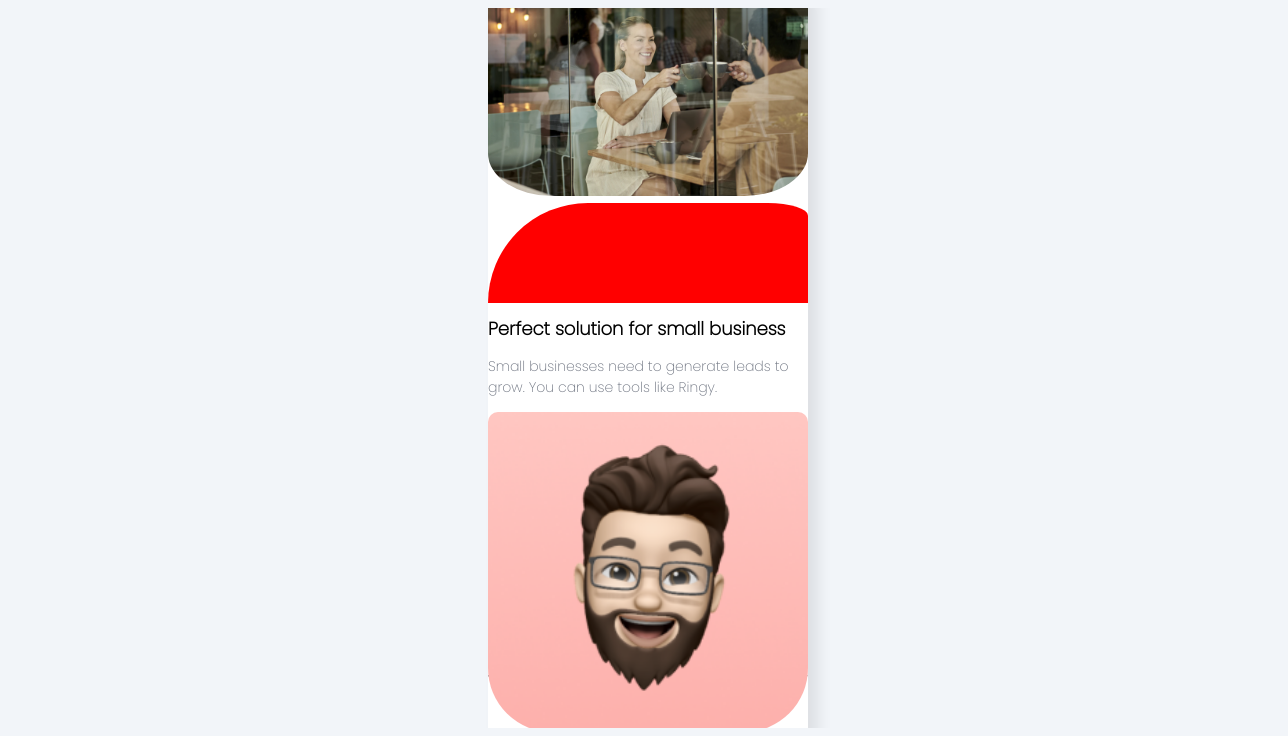
Repository: massndongo/business-blog-card
Page: index.html
The author's editor kept a copy of each file at every save. The page is drawn from the files as they stood at one save, then again after a run of saves.
The browser window is 1280 px wide. The page is 1288 px wide, so the pictures cover 1288 px, including what lies to the right of the window. The pictures show the whole page.

Above is the page before, as saved 2023-11-08 03:39:00.

### index.html
<!DOCTYPE html>
<html lang="en">
<head>
    <meta charset="UTF-8">
    <meta name="viewport" content="width=device-width, initial-scale=1.0">
    <link rel="stylesheet" href="css/styles.css">
    <title>Responsive Web Developer Starter - devchallenges.io</title>
    <link rel="icon" href="images/favicon.ico" type="image/x-icon" sizes="any">
</head>
<body>
    <div class="card">
        <div>
            <img id="imgBu" src="images/hero-image-business-card.png" alt="" srcset="">
            <div class="wavy"></div>
        </div>
        <h1 class="title">Perfect solution for small business</h1>
        <p class="corps">Small businesses need to generate leads to grow. You can use tools like Ringy.</p>
        <hr>
        <div class="small">
            <img src="images/avatar-image-business-card.png" alt="" srcset="">
            <div>
                <span>Amy Burgess</span>
                <span>Customer Manage, Solution Oy</span>
            </div>
        </div>
    </div>
</body>
</html>

### css/styles.css
@import url('https://fonts.googleapis.com/css2?family=Poppins:wght@200&display=swa');

* {
    box-sizing: border-box;
    font-family: 'Poppins', sans-serif;
    overflow: hidden;
}

/* Add some styles for body*/
body {
    width: 100%;
    height: 100vh;
    background-color: #F2F5F9;
    display: flex;
    justify-content: center;
    align-items: center;

}

.card{
    position: relative;
    flex-direction: column;
    background-color: #FFFFFF;
    box-shadow: 10px 10px 15px 0px rgba(0, 0, 0, 0.09);
    width: 25%;
    height: auto;
    border-radius: 15px;
}
.card img{
    width: 100%;
    border-radius: 10px 10px 20% 20%;
}
#imgBu{
    shape-outside: circle(90% at top right);
}
.wavy{
    height: 100px;
    border-radius: 10rem 20% 0 0;
    background-color: red;
    /* shape-outside: circle(50% at 30%); */
}
.title{
    font-size: 18px;

}
.corps{
    font-size: 14px;

}
.small{
    position: relative;
    font-size: 12px;
}
.corps, .small, hr{
    color: #6C727F
}
hr{
    width: 100%;
    height: 1px;
    position: absolute;
    bottom: 9%;
    left: 0;
    right: 0;
    background-color: #6c727f85;
}

@media screen and (max-width: 768px) {
    .card {
        width: 90%;
    }
}

After the next 2 saves:
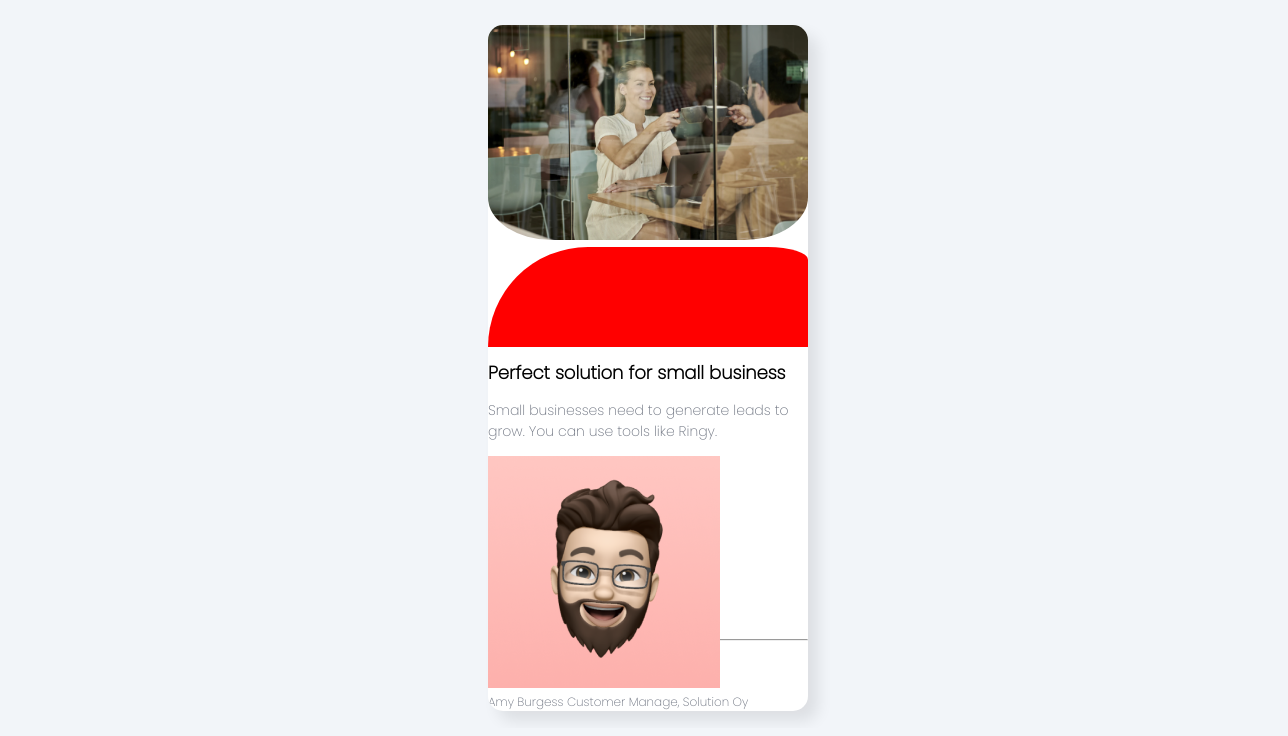
The 2 saves are shown as one change because they came seconds apart.
The last was saved 22 s later.
--- a/css/styles.css
+++ b/css/styles.css
@@ -27,10 +27,10 @@ body {
     border-radius: 15px;
 }
 .card img{
+}
+#imgBu{
     width: 100%;
     border-radius: 10px 10px 20% 20%;
-}
-#imgBu{
     shape-outside: circle(90% at top right);
 }
 .wavy{
